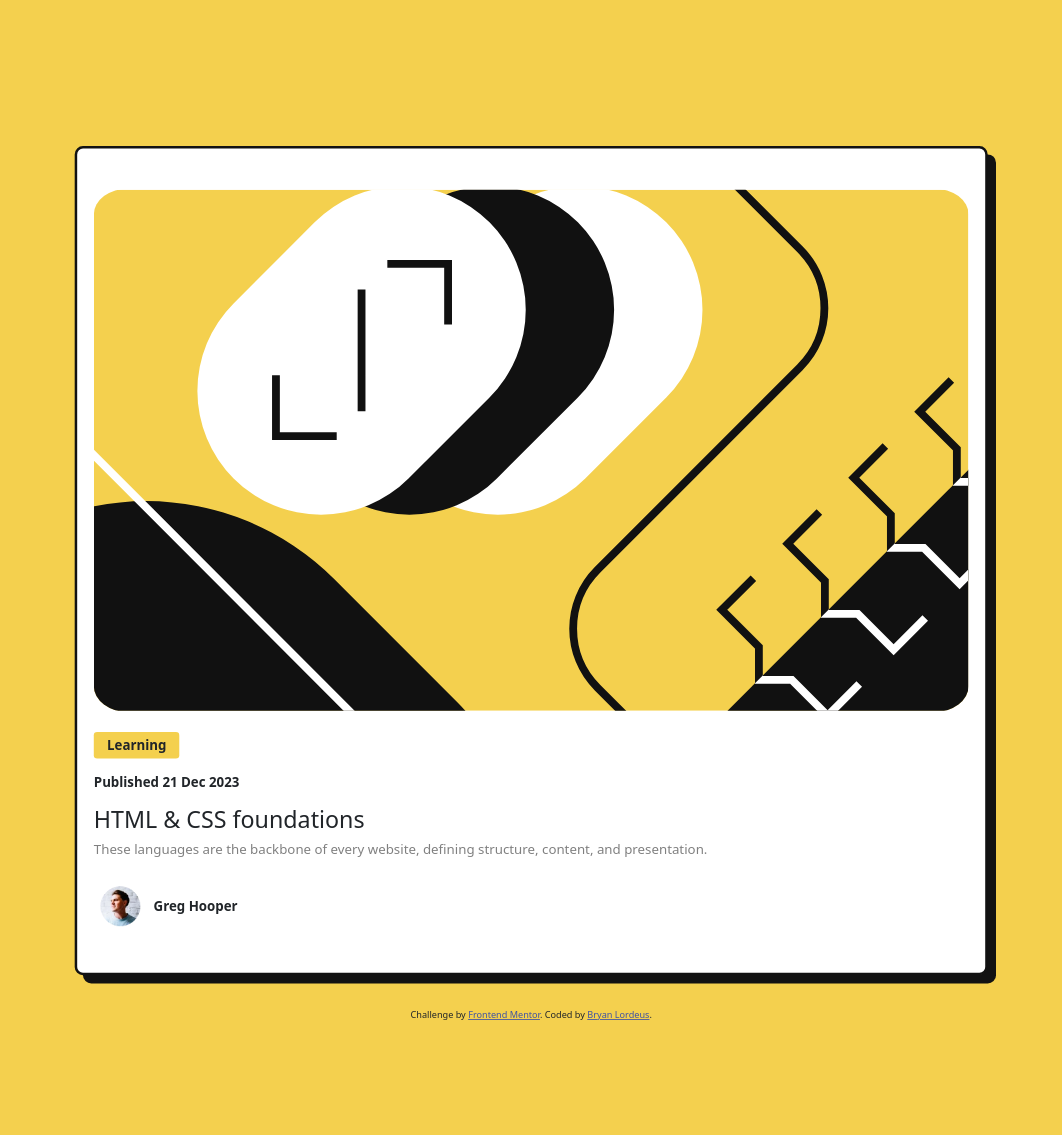
Repository: blordeus/blog-preview-card
Page: index.html
The author's editor kept a copy of each file at every save. The page is drawn from the files as they stood at one save, then again after the next save.
The browser window is 1280 px wide. The pictures show the whole page, at 83% of full size.
The style sheet was rebuilt from its Sass, Less or Tailwind sources for each picture, by a compiler version that may differ from the author's.

Above is the page before, as saved 2024-02-10 10:48:40.

After the next save:
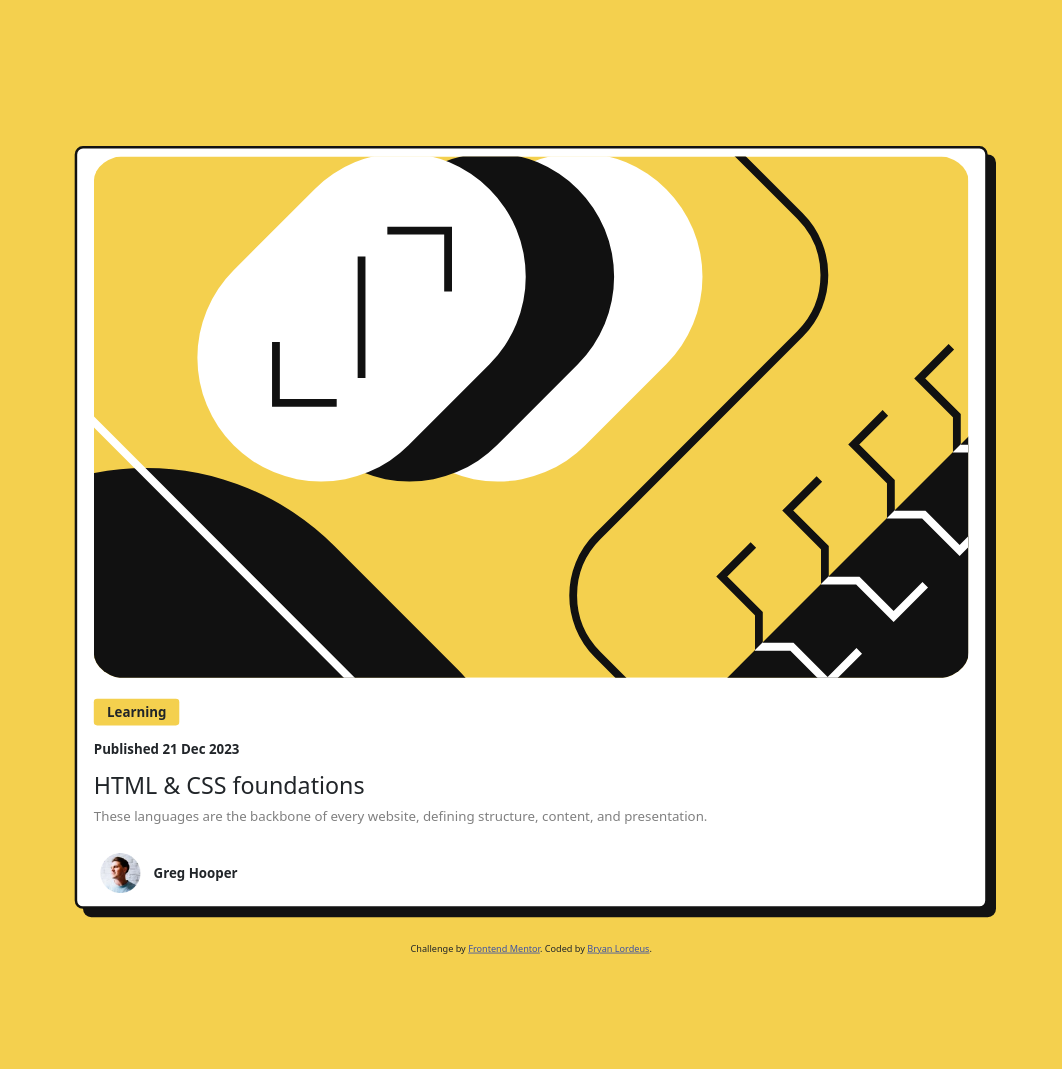
Saved 6 s later.
--- a/index.html
+++ b/index.html
@@ -11,7 +11,7 @@
 
 </head>
 <body class="yellow-bg container">
-<main class=" white-bg black-shadow row py-4 px-2 mx-2 my-5 py-md-5 grid grid-rows-4 justify-items-center align-content-start">
+<main class=" white-bg black-shadow row py-4 px-2 mx-2 my-5 py-md-2 grid grid-rows-4 justify-items-center align-content-start">
     <img class="rounded-edges" src="assets\images\illustration-article.svg" alt="header image">
     <div class="mt-4">
       <p class="yellow-bg d-inline-block px-3 py-1 rounded fw-bold">Learning</p>

After the 2 saves that followed:
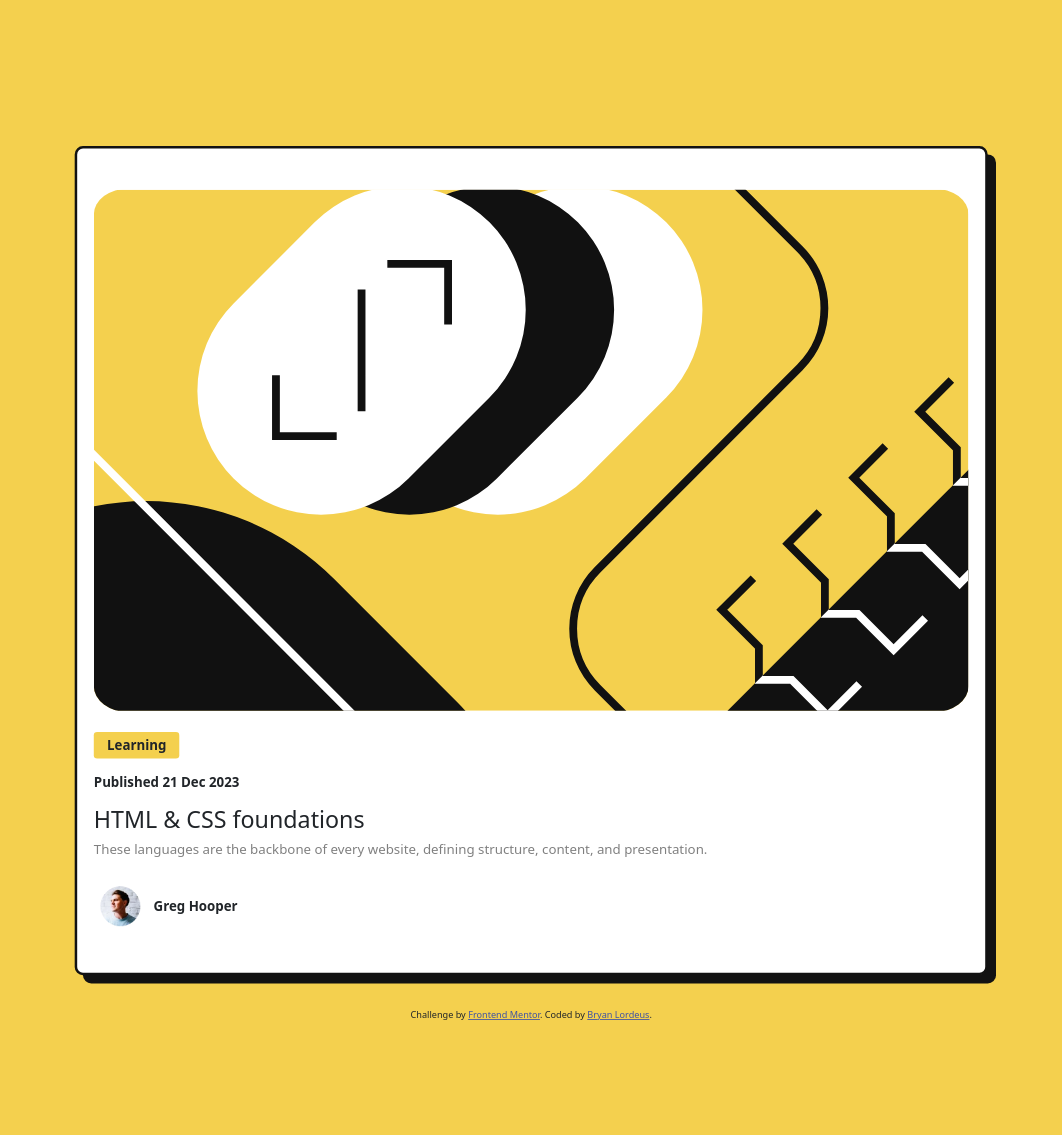
The 2 saves are shown as one change because they came seconds apart.
The last was saved 8 s later.
--- a/index.html
+++ b/index.html
@@ -11,7 +11,7 @@
 
 </head>
 <body class="yellow-bg container">
-<main class=" white-bg black-shadow row py-4 px-2 mx-2 my-5 py-md-2 grid grid-rows-4 justify-items-center align-content-start">
+<main class=" white-bg black-shadow row py-4 px-2 mx-2 my-5 py-md-5 grid grid-rows-4 justify-items-center align-content-start">
     <img class="rounded-edges" src="assets\images\illustration-article.svg" alt="header image">
     <div class="mt-4">
       <p class="yellow-bg d-inline-block px-3 py-1 rounded fw-bold">Learning</p>
